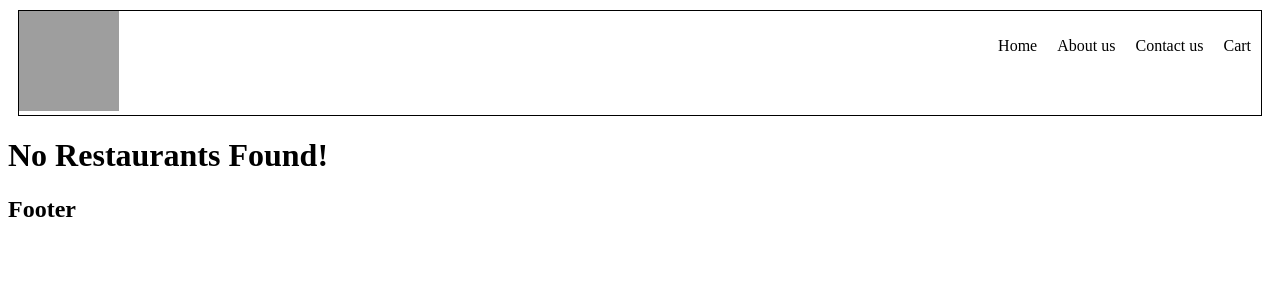
Repository: shivamv97/FOOD-VILLA-APP
Page: /
The author's editor kept a copy of each file at every save. The page is drawn from the files as they stood at one save, then again after the next save.
The browser window is 1280 px wide. The pictures show the whole page.
Pictures or frames that could not be fetched are drawn as grey boxes. The page's requests for data from a server got no answer. The project was rebuilt for these pictures with package versions that can differ from the ones it lists, and the page was loaded fresh each time. No one was signed in, and anything a server would have sent is missing. Also part of the build but not shown: src/components/RestaurantCards.js.

Above is the page before, as saved 2024-07-26 21:17:15.

After the next save:
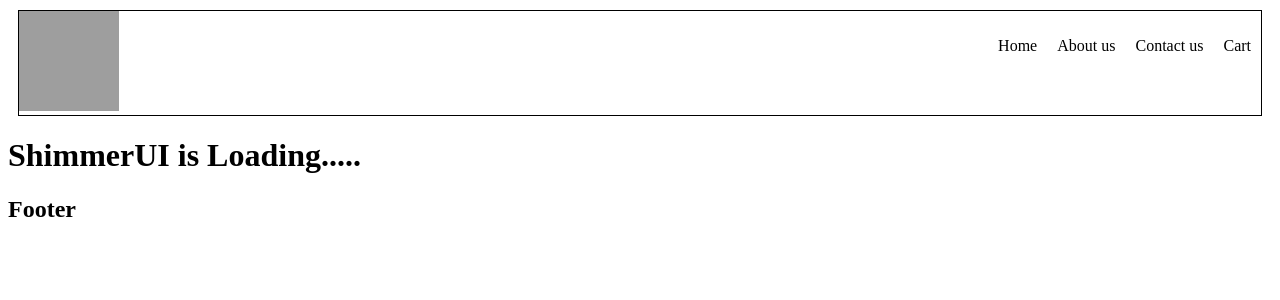
Saved 3 min 59 s later.
--- a/src/components/Body.js
+++ b/src/components/Body.js
@@ -41,7 +41,6 @@
 
   //Don't render component(Early Return)
   // if (!AllRestaurants) return null;
-  if (FilteredRestaurants?.length === 0) return <h1>No Restaurants Found!</h1>;
 
   //Conditional rendering
   return AllRestaurants?.length == 0 ? (
@@ -72,7 +71,9 @@
       </div>
       <div className="restaurant-list">
         {FilteredRestaurants.map((restaurant) => {
-          return (
+          return FilteredRestaurants?.length === 0 ? (
+            <h1>No Restaurants Found!</h1>
+          ) : (
             <RestrauntCard key={restaurant.info.id} {...restaurant.info} />
           );
         })}

After the 5 saves that followed:
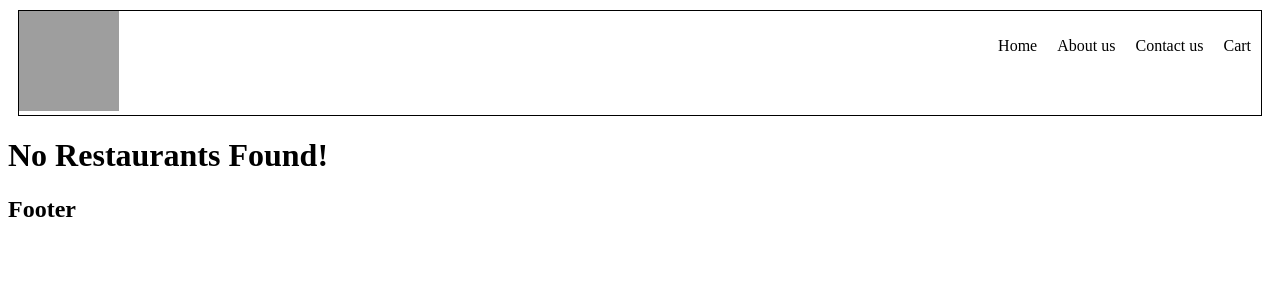
The 5 saves are shown as one change because 4 left the picture as it was.
The last was saved 7 min 23 s later.
--- a/src/components/Body.js
+++ b/src/components/Body.js
@@ -41,6 +41,7 @@
 
   //Don't render component(Early Return)
   // if (!AllRestaurants) return null;
+  if (FilteredRestaurants?.length === 0) return <h1>No Restaurants Found!</h1>;
 
   //Conditional rendering
   return AllRestaurants?.length == 0 ? (
@@ -71,9 +72,7 @@
       </div>
       <div className="restaurant-list">
         {FilteredRestaurants.map((restaurant) => {
-          return FilteredRestaurants?.length === 0 ? (
-            <h1>No Restaurants Found!</h1>
-          ) : (
+          return (
             <RestrauntCard key={restaurant.info.id} {...restaurant.info} />
           );
         })}
